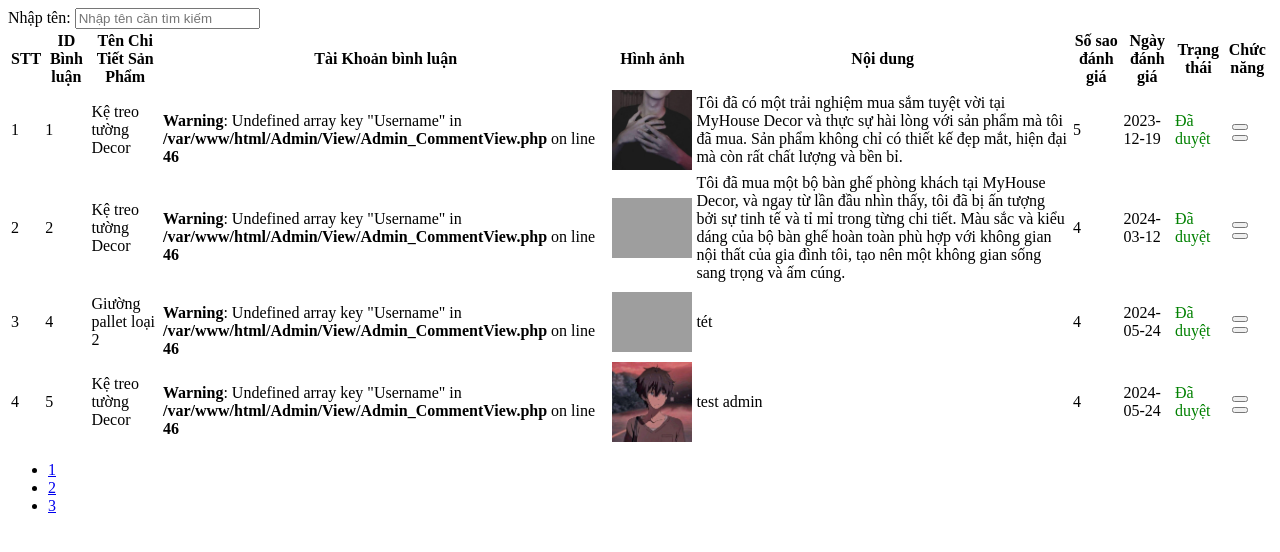
Repository: anhtu2110/TestCNPM
Page: http://localhost/MyHouseDecor/Admin/View/Admin_CommentView.php?page=1
An editor plug-in stored every save of this project. The page is shown before and after the next save, followed by the edit.
The browser window is 1280 px wide. The pictures show the whole page.
Pictures or frames that could not be fetched are drawn as grey boxes. The page is run by PHP 8.4 with error messages shown; the project is at /var/www/html/. The database holds what the project's SQL file puts in it.

Above is the page before, as saved 2024-07-09 22:09:17.

### Admin/View/Admin_CommentView.php
<?php require_once $_SERVER['DOCUMENT_ROOT'] . '/MyHouseDecor/Admin/Controller/Admin_CommentController.php';
$limit = 4;
$offset = isset($_GET['page']) ? ($_GET['page'] - 1) * $limit : 0;
$controller = new Admin_CommentController();
$result = $controller->showComment($limit, $offset);
$count = 1;

?>

<div class="row d-flex mb-3">
    <div class="col-6 mx-auto">
        <label for="input" class="form-label">Nhập tên:</label>
        <input type="search" class="form-control" id="email" placeholder="Nhập tên cần tìm kiếm" name="search">
    </div>
</div>
<table class="mx-auto table table-bordered">
    <tr>
        <th class="table-primary text-center">STT</th>
        <th class="table-primary text-center">ID Bình luận</th>
        <th class="table-primary text-center">Tên Chi Tiết Sản Phẩm</th>
        <th class="table-primary text-center">Tài Khoản bình luận</th>
        <th class="table-primary text-center">Hình ảnh</th>
        <th class="table-primary text-center">Nội dung</th>
        <th class="table-primary text-center">Số sao đánh giá</th>
        <th class="table-primary text-center">Ngày đánh giá</th>
        <th class="table-primary text-center">Trạng thái</th>
        <th class="table-primary text-center">Chức năng</th>
    </tr>
    <?php foreach ($result as $items) :
        switch ($items['Status']) {
            case 1:
                $status = '<p class="m-0" style="color: green;">Đã duyệt</p>';
                break;
            case 0:
                $status = '<p class="m-0" style="color: goldenrod;">Chưa duyệt</p>';
                break;
        }
    ?>
    <tr>
        <td><?php echo $count; ?></td>
        <td><?php echo $items['CmtID']; ?></td>
        <td><?php
                $x = $controller->getNameProduct($items['DetailsID']);
                echo $x;
                ?></td>
        <td><?php echo $items['Username']; ?></td>
        <td><img src="<?php echo '../' . $items['Image']; ?>" style="max-width: 80px;max-height: 80px;" alt=""></td>
        <td><?php echo $items['Content']; ?></td>
        <td><?php echo $items['Star']; ?></td>
        <td><?php echo $items['Date']; ?></td>
        <td><?php echo $status; ?></td>
        <td>
            <div class="chucnang d-flex">
                <div class="btn_update mx-auto">
                    <button type="button" class="btn btn-success btn-sm confirm_comment"
                        style="margin-left: 6px;margin-top:5px;" data-update-id="<?php echo $items['CmtID']; ?>"
                        data-bs-toggle="tooltip" title="Duyệt!">
                        <i class="fa-solid fa-check"></i></button>
                    <button type="button" data-delete-id='<?php echo $items['CmtID']; ?>' id='delete_comment'
                        class="btn btn-danger btn-sm" style="margin-left: 6px;margin-top:5px;" data-bs-toggle="tooltip"
                        title="Xóa!" style="margin-left: 6px;"><i class="fa-solid fa-xmark"></i></button>
                </div>
            </div>
        </td>
    </tr>
    <?php
        $count++;
    endforeach; ?>
</table>
<ul class="pagination justify-content-end">
    <?php
    $counts = $controller->getCount();
    $count = $counts->fetch_assoc();
    $total = $count['total'];
    for ($i = 1; $i <= ceil($total / $limit); $i++) {
        echo '<li class="page-item"><a class="page-link" href="?page=' . $i . '">' . $i . '</a></li>';
    }
    ?>
</ul>
<script>
document.querySelectorAll('#delete_comment').forEach(btn => {
    btn.addEventListener('click', (e) => {
        e.preventDefault();
        let id = btn.getAttribute('data-delete-id');
        swal.fire({
            title: 'Bạn có chắc chắn muốn xóa không?',
            text: 'Dữ liệu sẽ không thể khôi phục lại!',
            icon: 'warning',
            showCancelButton: true,
            confirmButtonColor: '#3085d6',
            cancelButtonColor: '#d33',
            confirmButtonText: 'Có',
            cancelButtonText: 'Không'
        }).then((result) => {
            if (result.isConfirmed) {
                let formData = new FormData();
                formData.append('id', id);
                let xhr = new XMLHttpRequest();
                xhr.open('POST', './Controller/Delete_CommentController.php');
                xhr.onload = () => {
                    if (xhr.status == 200) {
                        let result = xhr.responseText;
                        if (result == 'true') {
                            swal.fire({
                                title: 'Xóa thành công!',
                                text: 'Dữ liệu đã được xóa!',
                                icon: 'success',
                                showConfirmButton: false,
                                timer: 1500
                            }).then(() => {
                                location.reload();
                            });

                        } else {
                            swal.fire({
                                title: 'Xóa thất bại!',
                                icon: 'error',
                                showConfirmButton: false,
                                timer: 1500
                            });
                        }
                    }
                }
                xhr.send(formData);
            }
        });
    });
});
document.querySelectorAll('.confirm_comment').forEach(button => {
    button.addEventListener('click', (e) => {
        e.preventDefault();
        let idbtn = button.getAttribute('data-update-id');
        let formDatas = new FormData();
        formDatas.append('id', idbtn);
        let xhrs = new XMLHttpRequest();
        xhrs.open('POST', './Controller/Update_CommentController.php');
        xhrs.onload = () => {
            if (xhrs.status == 200) {
                let results = xhrs.responseText;
                if (results == 'true') {
                    swal.fire({
                        title: 'Duyệt thành công!',
                        text: 'Dữ liệu đã được duyệt!',
                        icon: 'success',
                        showConfirmButton: false,
                        timer: 1500
                    }).then(() => {
                        location.reload();
                    });

                } else {
                    swal.fire({
                        title: 'Duyệt thất bại!',
                        icon: 'error',
                        showConfirmButton: false,
                        timer: 1500
                    });
                }
            }
        }
        xhrs.send(formDatas);
    });
});
</script>

### Admin/Controller/Admin_CommentController.php
<?php
    require_once $_SERVER['DOCUMENT_ROOT'].'/MyHouseDecor/Admin/Model/Admin_CommentModel.php';
    class Admin_CommentController{
        private $model = null;

        public function __construct(){
            $this->model = new Admin_CommentModel();
        }

        public function showComment($limit,$offset){
            $result = $this->model->showComment($limit,$offset);
            return $result;
        }
        public function getCount(){
            $result = $this->model->getCount();
            return $result;
        }
        public function getNameProduct($id) {
            $result = $this->model->getNameProduct($id);
            return $result;
        }
    }
?>

### Admin/Model/Admin_CommentModel.php
<?php
    require_once $_SERVER['DOCUMENT_ROOT'].'/MyHouseDecor/Admin/Connect/connectDatabase.php';
    class Admin_CommentModel{
       private $db = null;

       public function __construct(){
           $this->db = (new Database())->getConnection();
       }

       public function showComment($limit,$offset){
        $sql = "SELECT * FROM comment LIMIT $limit OFFSET $offset";
        $result = $this->db->query($sql);
        return $result;
       }
        public function getCount(){
            $sql = "SELECT COUNT(*) as total FROM comment";
            $result = $this->db->query($sql);
            return $result;
        }
        public function DeleteComment($id){
            $sql = "DELETE FROM comment WHERE CmtID = $id";
            $result = $this->db->query($sql);
            return $result;
        }
        public function UpdateComment($id){
            $sql = "UPDATE comment SET Status = 1 WHERE CmtID = $id";
            $result = $this->db->query($sql);
            return $result;
        }
        public function getNameProduct($id) {
            // $query = "SELECT Title FROM products WHERE ProductID = $id";
            // $result = $this->db->query($query);
            // return $result;
            $sql = "SELECT Title FROM products WHERE ProductID = ?";
            $stmt = $this->db->prepare($sql);
            $stmt->bind_param("i", $id);
            $stmt->execute();
            $result = $stmt->get_result();
            $product = $result->fetch_assoc();
            $stmt->close();
            return $product['Title'];
        }
    }
?>

### Admin/Connect/connectDatabase.php
<?php
    class Database{
        private $localhost = 'localhost';
        private $username = 'root';
        private $password = '';
        private $db = 'dacn';
        private $conn = null;

        public function __construct()
        {
            $this->conn = new mysqli($this->localhost,$this->username,$this->password,$this->db);
            if($this->conn->connect_error){
                die('Loi kn'.$this->conn->connect_error);
            }else{
                $this->conn->set_charset('utf8');
            }
        }

        public function getConnection(){
            return $this->conn;
        }
    }
?>

### Database/dacn.sql (the tables this page reads)
CREATE TABLE `comment` (
  `CmtID` int NOT NULL,
  `DetailsID` int NOT NULL,
  `UserName` varchar(30) NOT NULL,
  `Image` varchar(255) NOT NULL,
  `Content` text NOT NULL,
  `Star` int NOT NULL,
  `Date` date DEFAULT NULL,
  `Status` int NOT NULL
) ENGINE=InnoDB DEFAULT CHARSET=utf8mb4 COLLATE=utf8mb4_general_ci;

INSERT INTO `comment` (`CmtID`, `DetailsID`, `UserName`, `Image`, `Content`, `Star`, `Date`, `Status`) VALUES
(1, 8, 'vanhuy', 'img/cmt-7.jpg', 'Tôi đã có một trải nghiệm mua sắm tuyệt vời tại MyHouse Decor và thực sự hài lòng với sản phẩm mà tôi đã mua. Sản phẩm không chỉ có thiết kế đẹp mắt, hiện đại mà còn rất chất lượng và bền bỉ.', 5, '2023-12-19', 1),
(2, 8, 'nguyennam', 'img/cmt-10.jpg', 'Tôi đã mua một bộ bàn ghế phòng khách tại MyHouse Decor, và ngay từ lần đầu nhìn thấy, tôi đã bị ấn tượng bởi sự tinh tế và tỉ mỉ trong từng chi tiết. Màu sắc và kiểu dáng của bộ bàn ghế hoàn toàn phù hợp với không gian nội thất của gia đình tôi, tạo nên một không gian sống sang trọng và ấm cúng.', 4, '2024-03-12', 1),
(4, 17, 'duongthuy', 'img/avt_trang.jpg', 'tét', 4, '2024-05-24', 1),
(5, 8, 'admin01', 'img/cmt-9.jpg', 'test admin', 4, '2024-05-24', 1),
(6, 2, 'nam123', 'img/avt_trang.jpg', 'tôi khá hài lòng với sản phẩm này\r\n', 4, '2024-05-24', 1),
(7, 2, 'admin01', 'img/cmt-9.jpg', 'test admin', 3, '2024-05-24', 1),
(8, 6, 'nam123', 'img/avt_trang.jpg', 'tôi thấy yêu thích sản phẩm này, tôi sẽ bảo người thân vào tiếp tục ủng hộ nữa!', 5, '2024-06-02', 1),
(9, 18, 'nam123', 'img/avt_trang.jpg', '“Bộ bình hoa cắm hoa này thực sự là một tuyệt tác. Thiết kế tinh xảo, chất liệu cao cấp và màu sắc rất đẹp. Tôi đã nhận được nhiều lời khen từ bạn bè và gia đình khi trưng bày bình hoa này trong phòng khách. Rất đáng tiền!”', 5, '2024-06-02', 1),
(10, 18, 'nam123', 'img/avt_trang.jpg', '“Sản phẩm đẹp và chất lượng, tuy nhiên tôi cảm thấy giá hơi cao một chút so với các sản phẩm tương tự trên thị trường. Dù sao thì tôi cũng rất hài lòng với thiết kế và tính thẩm mỹ của bộ bình hoa này. Chỉ mong là sẽ có thêm nhiều chương trình khuyến mãi hơn.”', 4, '2024-06-02', 1),
(11, 18, 'nam123', 'img/avt_trang.jpg', '“Mình không thực sự hài lòng với sản phẩm này. Chất liệu bình hoa không được như mình mong đợi, cảm giác khá mỏng manh và dễ vỡ. Màu sắc cũng không tươi sáng như hình ảnh trên mạng. Hy vọng lần sau sẽ có sự cải thiện về chất lượng.”', 2, '2024-06-02', 1),
(12, 34, 'huy1602', 'img/avt_trang.jpg', 'khá ok', 4, '2024-06-06', 1);

ALTER TABLE `comment`
  ADD PRIMARY KEY (`CmtID`);

ALTER TABLE `comment`
  MODIFY `CmtID` int NOT NULL AUTO_INCREMENT, AUTO_INCREMENT=13;

CREATE TABLE `products` (
  `ProductID` int NOT NULL,
  `Title` varchar(255) NOT NULL,
  `Image` varchar(255) NOT NULL,
  `OldPrice` int NOT NULL,
  `Price` int NOT NULL,
  `IsBestSeller` bit(2) NOT NULL,
  `ExtraTime` date NOT NULL,
  `IDDetail` int NOT NULL
) ENGINE=InnoDB DEFAULT CHARSET=utf8mb4 COLLATE=utf8mb4_general_ci;

INSERT INTO `products` (`ProductID`, `Title`, `Image`, `OldPrice`, `Price`, `IsBestSeller`, `ExtraTime`, `IDDetail`) VALUES
(1, 'Kệ trang trí phòng', 'img/product-1.jpg', 1100000, 880000, b'01', '2023-01-26', 1),
(2, 'Bàn để máy tính', 'img/product-2.jpg', 1600000, 1300000, b'01', '2023-08-13', 2),
(3, 'Bàn học', 'img/product-3.jpg', 2100000, 1800000, b'00', '2023-05-20', 3),
(4, 'Ghế công thái học JDF47', 'img/product-4.jpg', 2600000, 2300000, b'01', '2023-01-23', 4),
(5, 'Kệ Decor 2 tầng', 'img/product-5.jpg', 3100000, 2800000, b'00', '2023-05-30', 5),
(6, 'Bàn Decor góc nhà', 'img/product-6.jpg', 3600000, 3300000, b'01', '2023-08-12', 6),
(7, 'Tủ để đồ gia dụng', 'img/product-7.jpg', 4100000, 3800000, b'00', '2023-08-05', 7),
(8, 'Kệ treo tường Decor', 'img/product-8.jpg', 4600000, 4300000, b'01', '2024-02-16', 8),
(9, 'Tủ để đồ 16 ô', 'img/product-9.jpg', 5100000, 4800000, b'00', '2023-02-11', 9),
(10, 'Ghế đọc sách JG07', 'img/product-10.jpg', 5600000, 5300000, b'01', '2023-12-05', 10),
(11, 'Phông bạt để sân', 'img/product-11.jpg', 6100000, 5800000, b'00', '2023-07-24', 11),
(12, 'Ghế nội thất', 'img/product-12.jpg', 6600000, 6300000, b'00', '2023-01-06', 12),
(13, 'Ghế trang trí bàn học', 'img/product-13.jpg', 7100000, 6800000, b'00', '2023-11-22', 13),
(14, 'Bộ SOFA mini cho bé', 'img/product-14.jpg', 7600000, 7300000, b'00', '2023-09-01', 14),
(15, 'Mô hình phi hành gia Decor', 'img/product-15.jpg', 8100000, 7800000, b'00', '2023-08-30', 15),
(16, 'Giường Pallet', 'img/product-16.jpg', 8600000, 8300000, b'00', '2023-01-23', 16),
(17, 'Giường pallet loại 2', 'img/product-17.jpg', 9100000, 8800000, b'00', '2023-10-25', 17),
(18, 'Bộ bình hoa cắm hoa', 'img/product-18.jpg', 9600000, 9300000, b'00', '2023-02-25', 18),
(19, 'Combo 4 bình căm hoa', 'img/product-19.jpg', 10100000, 9800000, b'00', '2023-10-24', 19),
(21, 'Combo Bình + Hoa giả Decor', 'img/product-21.jpg', 1100000, 10800000, b'00', '2023-08-11', 21),
(22, 'Hoa ly giả màu hồng phấn', 'img/product-22.jpg', 11600000, 11300000, b'00', '2023-12-20', 22),
(23, 'Combo hoa giả 5 màu', 'img/product-23.jpg', 12100000, 11800000, b'00', '2023-07-11', 23),
(24, 'Hoa Baby giả 5 màu', 'img/product-24.jpg', 12600000, 8900000, b'00', '2023-12-16', 24),
(25, 'Bàn nâng hạ cho máy tính', 'img/product-25.jpg', 13100000, 12800000, b'00', '2023-09-22', 25),
(28, 'Đệm ghế tatami tựa lưng một chỗ ngồi', 'img/sg-11134202-7rbka-llvweax40bgl3e.jpg', 110000, 55000, b'01', '2024-05-11', 34),
(29, 'Vanity bàn trang điểm', 'img/test.jpg', 1409656, 1234567, b'01', '2024-05-10', 35);

ALTER TABLE `products`
  ADD PRIMARY KEY (`ProductID`),
  ADD KEY `IDDetail` (`IDDetail`);

ALTER TABLE `products`
  MODIFY `ProductID` int NOT NULL AUTO_INCREMENT, AUTO_INCREMENT=30;

ALTER TABLE `products`
  ADD CONSTRAINT `products_ibfk_1` FOREIGN KEY (`IDDetail`) REFERENCES `details` (`IDDetail`) ON DELETE CASCADE ON UPDATE CASCADE;

After the next save:
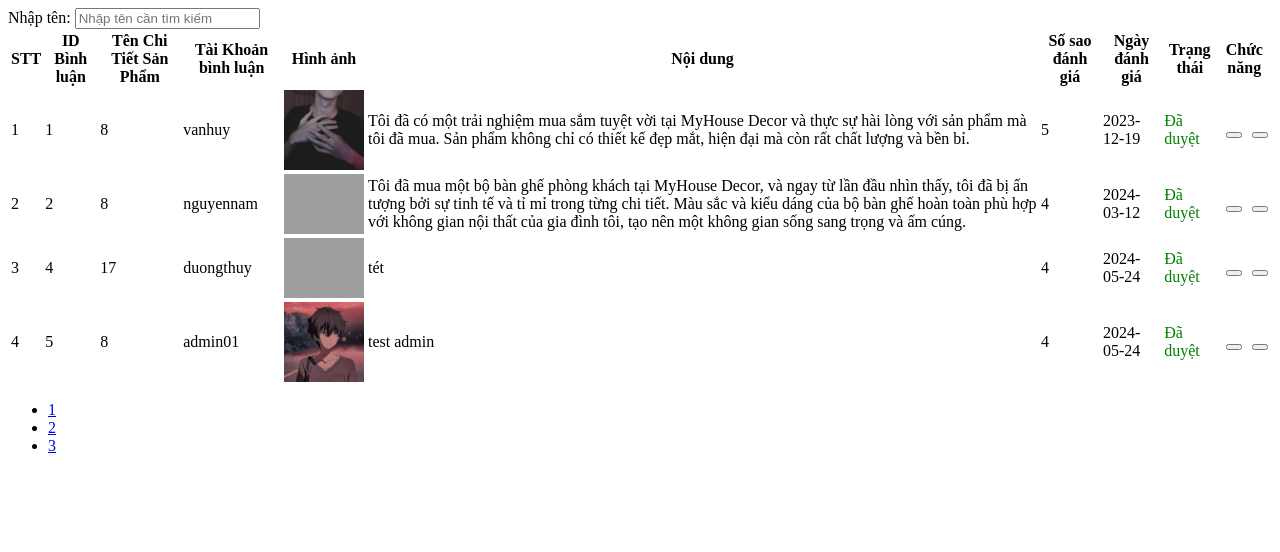
Saved 52 s later.
--- a/Admin/View/Admin_CommentView.php
+++ b/Admin/View/Admin_CommentView.php
@@ -39,11 +39,8 @@ $count = 1;
     <tr>
         <td><?php echo $count; ?></td>
         <td><?php echo $items['CmtID']; ?></td>
-        <td><?php
-                $x = $controller->getNameProduct($items['DetailsID']);
-                echo $x;
-                ?></td>
-        <td><?php echo $items['Username']; ?></td>
+        <td><?php echo $items['DetailsID']; ?></td>
+        <td><?php echo $items['UserName']; ?></td>
         <td><img src="<?php echo '../' . $items['Image']; ?>" style="max-width: 80px;max-height: 80px;" alt=""></td>
         <td><?php echo $items['Content']; ?></td>
         <td><?php echo $items['Star']; ?></td>
